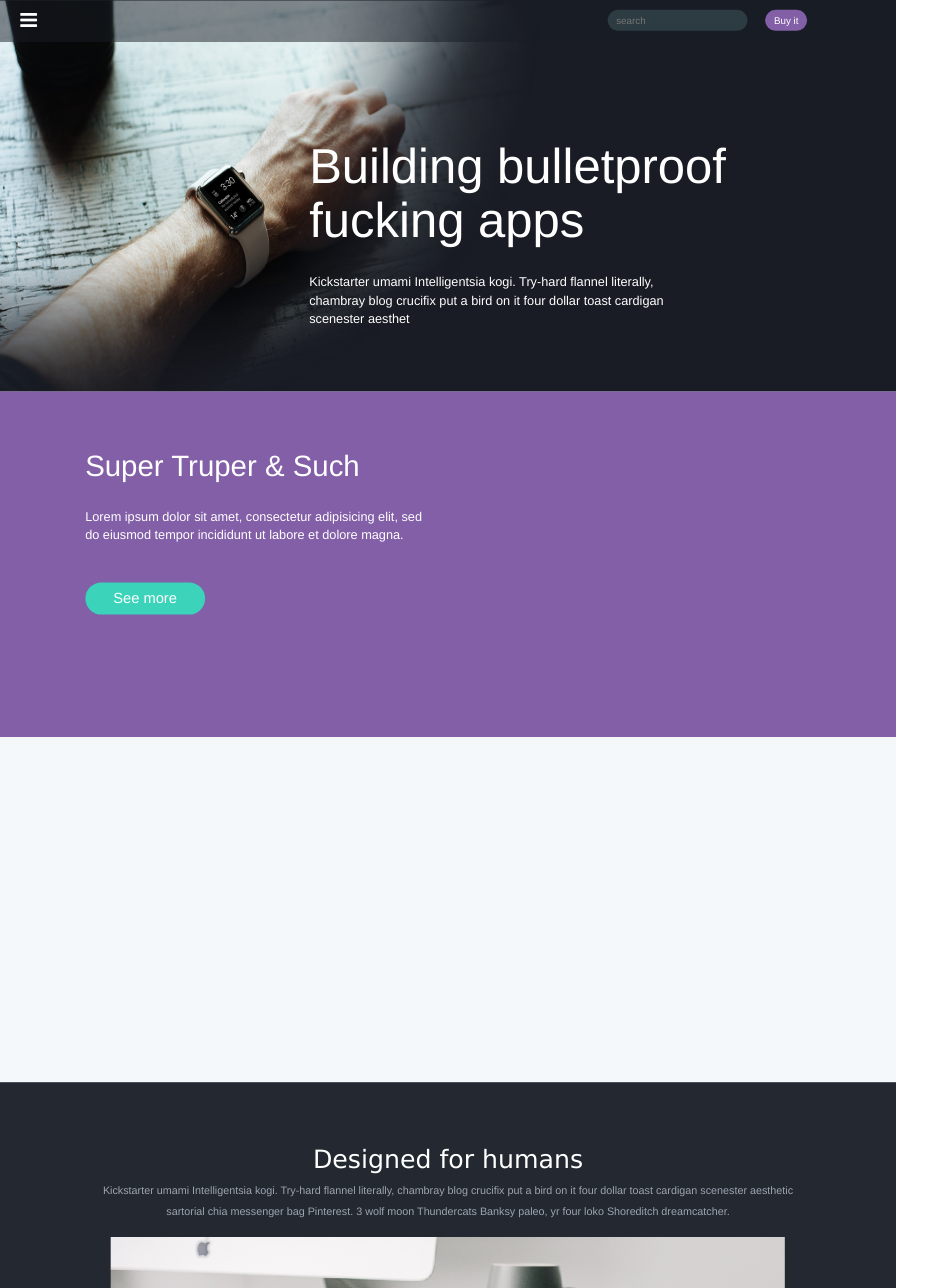
Repository: KatarzynaOwczarska/Tork
Page: Tork/WebContent/index.html
These files come from the project's save history. The page is drawn as it stood at one moment and after the next save; the edit follows.
The browser window is 1280 px wide. The page is 1321 px wide, so the pictures cover 1321 px, including what lies to the right of the window. The pictures show the part of the page from y = 0 to 1840 px (the page is 4689 px tall before and 4629 px after), at 70% of full size.
Backgrounds fixed to the window are drawn as part of the page.

Above is the page before, as saved 2017-02-06 13:35:00.

After the next save:
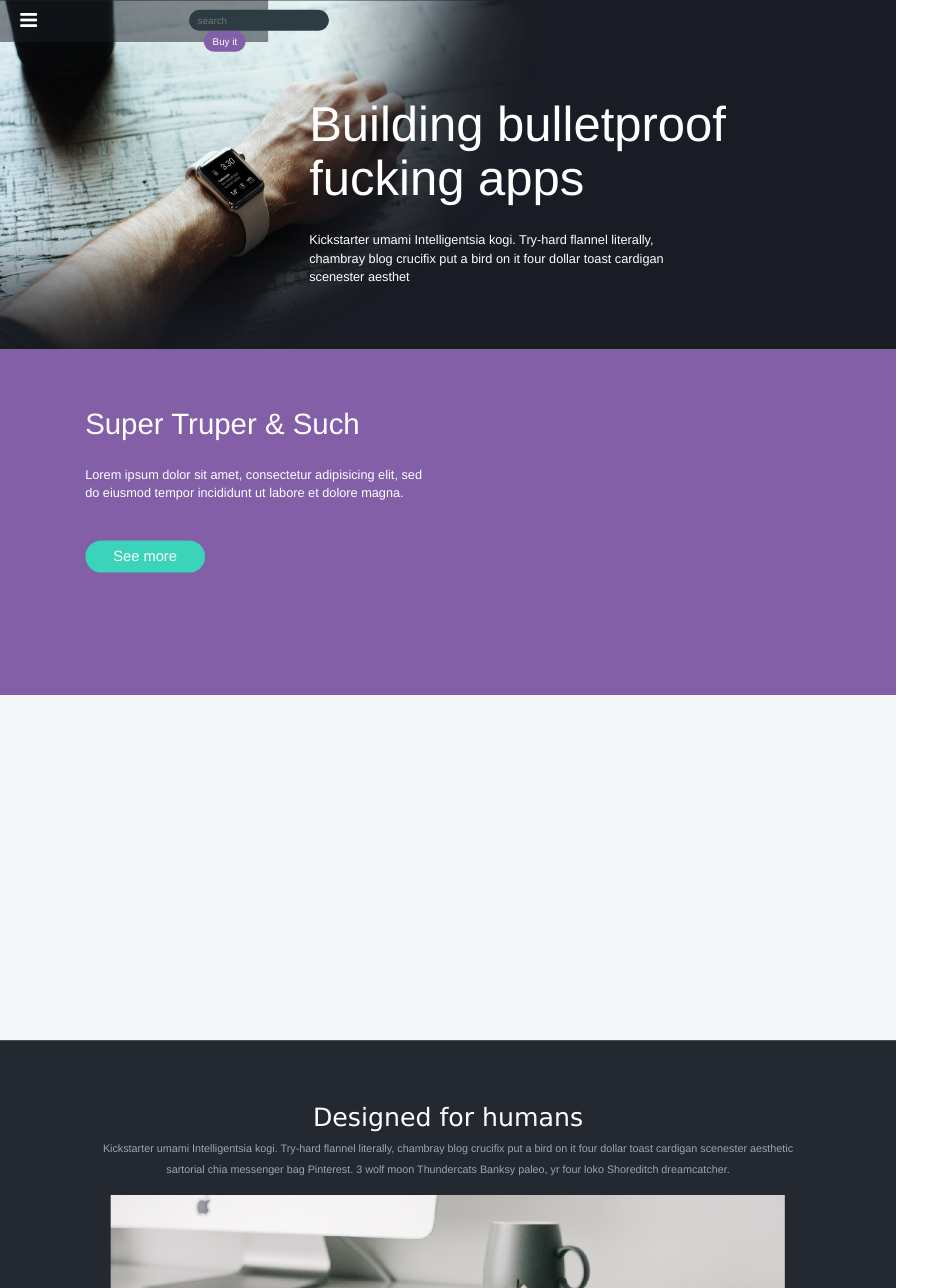
Saved 18 s later.
--- a/Tork/WebContent/css/style.css
+++ b/Tork/WebContent/css/style.css
@@ -14,7 +14,7 @@
   	background-color: rgba(25, 28, 36, 0.5);  /* FF3+, Saf3+, Opera 10.10+, Chrome, IE9 */
   	filter: progid:DXImageTransform.Microsoft.gradient(startColorstr=#3332FA32,endColorstr=#3332FA32); /* IE6&#8211;IE9 */
   	zoom: 1;
-  	header: position: absolute;
+  	position: absolute;
   	top: 0;
 }
 

After the save that followed:
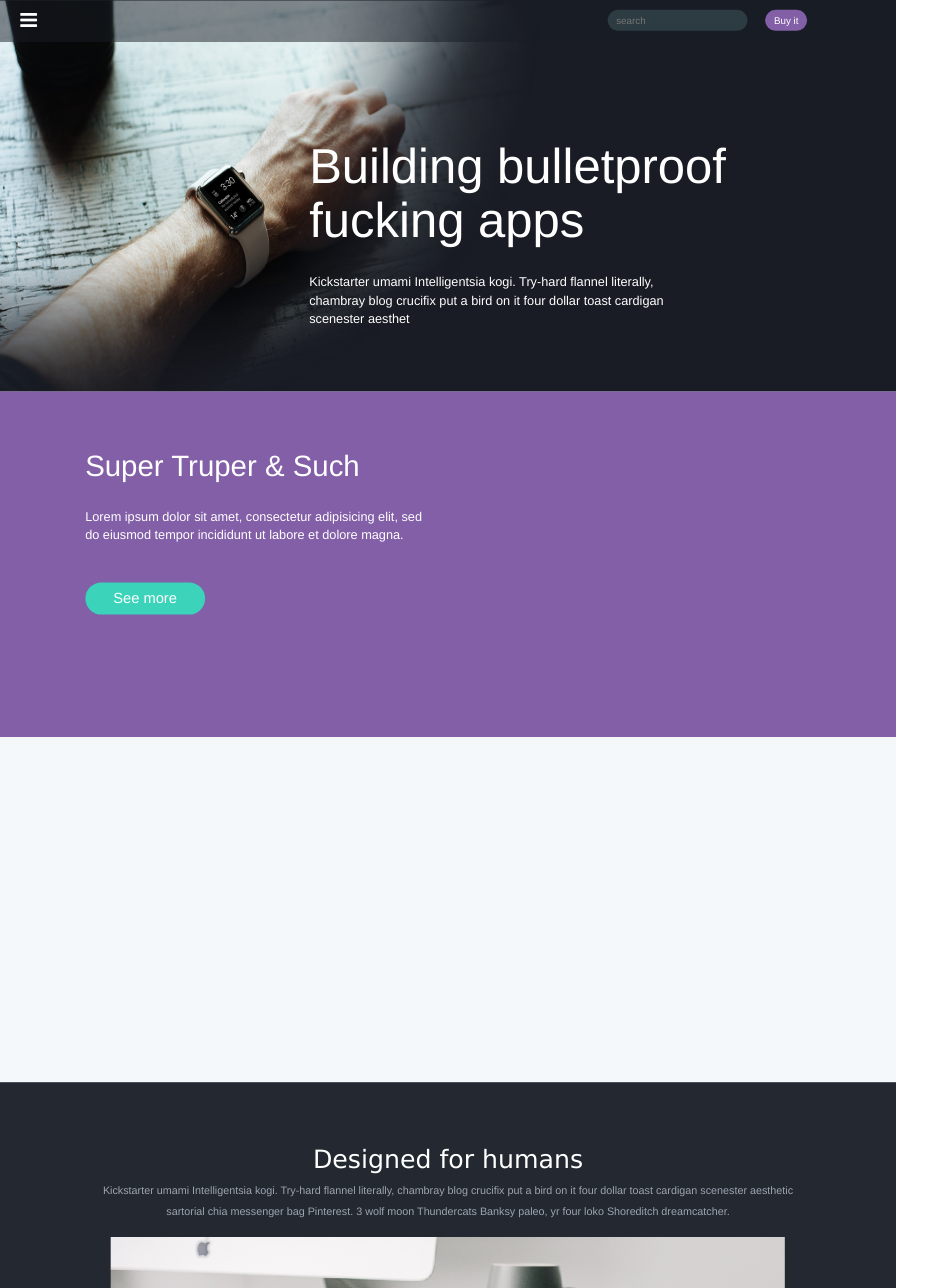
Saved 14 s later.
--- a/Tork/WebContent/css/style.css
+++ b/Tork/WebContent/css/style.css
@@ -14,8 +14,6 @@
   	background-color: rgba(25, 28, 36, 0.5);  /* FF3+, Saf3+, Opera 10.10+, Chrome, IE9 */
   	filter: progid:DXImageTransform.Microsoft.gradient(startColorstr=#3332FA32,endColorstr=#3332FA32); /* IE6&#8211;IE9 */
   	zoom: 1;
-  	position: absolute;
-  	top: 0;
 }
 
 #search {
